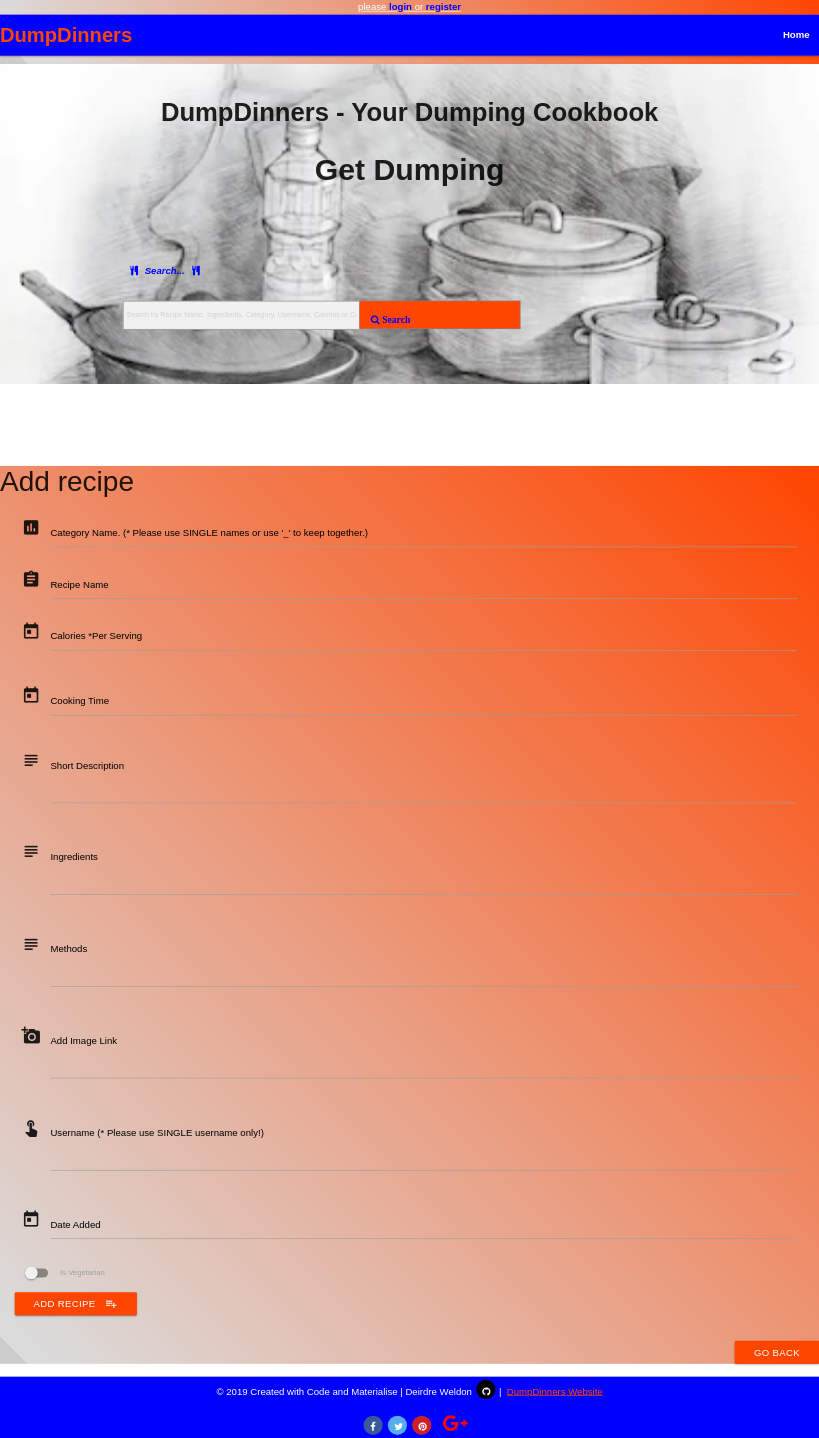
Repository: Deirdre18/dumpdinners-recipe-app
Page: http://localhost/add_recipe
The author's editor kept a record of every edit. The page is drawn from the files as they stood at one moment, then again after the next edit.
The browser window is 1280 px wide. The pictures show the whole page, at 64% of full size.
Some web libraries are served in a nearby version. The page is served by the project's application, run on Flask 3 (app.py). Queries for data that is not in the repository find no rows.

Above is the page before.

### templates/addrecipe.html
{% extends 'base.html' %} {% block content %}
<h3>Add recipe</h3>
<div class="row">
    <form action="{{ url_for('insert_recipe') }}" method="POST" class="col s12">
        <div class="col s12">
            <div class="row">
                <div class="input-field col s12">
                    <i class="material-icons prefix">poll</i>
                    <input id="category_name" name="category_name" type="text" class="validate">
                    <label for="icon_prefix" style="color:black">Category Name.  (* Please use SINGLE names or use '_' to keep together.)</label>
                </div>
            <!--</div>-->
            <div class="input-field col s12">
                <i class="material-icons prefix">assignment</i>
                <input id="recipe_name" name="recipe_name" type="text">
                <label for="icon_prefix" style="color:black">Recipe Name</label>
            </div>
        <!--</div>-->
        <div class="row">
            <div class="input-field col s12">
                <i class="material-icons prefix">today</i>
                <input id="calories" name="calories" type="text">
                <label for="icon_prefix" style="color:black">Calories *Per Serving</label>
            </div>
        </div>
        <div class="row">
            <div class="input-field col s12">
                <i class="material-icons prefix">today</i>
                <input id="cooking time" name="cooking time" type="text">
                <label for="icon_prefix" style="color:black">Cooking Time</label>
            </div>
        </div>
        <div class="row">
            <div class="input-field col s12">
                <i class="material-icons prefix">subject</i>
                <textarea name="short_description" id="short_description" class="materialize-textarea"></textarea>
                <label for="icon_prefix" style="color:black">Short Description</label>
            </div>
        </div>
        <div class="row">
            <div class="input-field col s12">
                <i class="material-icons prefix">subject</i>
                <textarea name="ingredients" id="ingredients" class="materialize-textarea"></textarea>
                <label for="icon_prefix" style="color:black">Ingredients</label>
            </div>
        </div>
        <div class="row">
            <div class="input-field col s12">
                <i class="material-icons prefix">subject</i>
                <textarea name="methods" id="methods" class="materialize-textarea"></textarea>
                <label for="icon_prefix" style="color:black">Methods</label>
            </div>
        </div>
        <div class="row">
            <div class="input-field col s12">
                <i class="material-icons prefix">add_a_photo</i>
                <textarea name="image" id="image" class="materialize-textarea"></textarea>
                <label for="icon_prefix" style="color:black">Add Image Link</label>
            </div>
        </div>
        <div class="row">
            <div class="input-field col s12">
                <i class="material-icons prefix">touch_app</i>
                <textarea name="username" id="username" class="materialize-textarea"></textarea>
                <label for="username" style="color:black">Username (* Please use SINGLE username only!)</label>
            </div>
        </div>
        <div class="row">
            <div class="input-field col s12">
                <i class="material-icons prefix">today</i>
                <input id="date_added" name="date_added" type="text" class="datepicker">
                <label for="icon_prefix" style="color:black">Date Added</label>
            </div>
        </div>

        <div class="row">
            <div class="switch">
                <label>
                  <input id="is_vegetarian" name="is_vegetarian" type="checkbox">
                  <span class="lever"></span>
                  Is Vegetarian
                </label>
            </div>
        </div>
        <div class="row">
            <button class="btn waves-effect waves-light" type="submit" style="background-color:orangered" name="action">Add recipe
                <i class="material-icons right">playlist_add</i>
             </button>
        </div>
        </div>
        </div>
    </form>
    <br>
    <button onclick="goBack()" class="waves-effect waves-light btn" style="background-color:orangered;float:right">Go Back</button></i>
</div>

{% endblock %}

### app.py
import os
import re
from flask import Flask, render_template, redirect, request, url_for, session, flash
import json
from flask_pymongo import PyMongo
import pymongo
from pymongo import MongoClient
from bson.objectid import ObjectId


from werkzeug.security import generate_password_hash, check_password_hash


app = Flask(__name__)

app.secret_key = "randomstring123"



if app.config['DEBUG'] == True:
    from config import dbconfig
    app.config["MONGO_DBNAME"] = 'dumpdinners'
    app.config["MONGO_URI"] = dbconfig()
else:
    app.config['MONGO_URI'] = os.environ.get("MONGO_URI")
    app.config['MONGO_DBNAME'] = os.environ.get("MONGO_DBNAME")

mongo = PyMongo(app)


@app.route('/')
@app.route('/index')
def index():
    """Home page the gets 4 recipes from DB that have been viewed the most"""
    four_recipes = mongo.db.recipes.find().limit(4)
    return render_template('allrecipes1.html', recipes=four_recipes)

@app.route('/allrecipes')
def allrecipes():
    recipes = mongo.db.recipes.find()
    return render_template('allrecipes.html', recipes=recipes)


# took idea of display only four recipes from student at code institute and looked at code to help - spence barriball - https://github.com/5pence/recipeGlut
@app.route('/allrecipes1')
def allrecipes1():
    recipes = mongo.db.recipes.find()
    four_recipes = mongo.db.recipes.find().limit(4)
    return render_template('allrecipes1.html', recipes=four_recipes)

@app.route('/add_recipe')
def add_recipe():
    recipes = mongo.db.recipes.find()
    return render_template('addrecipe.html',
        recipes=mongo.db.categories.find())



@app.route('/insert_recipe', methods=['POST'])
def insert_recipe():
    recipes = mongo.db.recipes
    recipes.insert_one(request.form.to_dict())
    flash ("Thank you, your recipe has been inserted!")
    return render_template('recipe.html', recipe=recipe)




@app.route('/edit_recipe/<recipe_id>', methods=['GET', 'POST'])
def edit_recipe(recipe_id):
    """Allows logged in user to edit their own recipes"""
    recipe_db = mongo.db.recipes.find_one_or_404({'_id': ObjectId(recipe_id)})
    all_categories =  mongo.db.categories.find()
    if request.method == 'GET':

        return render_template('editrecipe.html', recipe=recipe_db, categories=all_categories)


# referred to this article for advice on 'views' - https://stackoverflow.com/questions/5782311/mongodb-inc-embedded-value-syntax

@app.route('/update_recipe/<recipe_id>', methods=["POST"])
def update_recipe(recipe_id):
    recipes = mongo.db.recipes
    recipes.update( {'_id': ObjectId(recipe_id)},
    {
        '$set': {

        'recipe_name':request.form.get('recipe_name'),
        'ingredients':request.form.get('ingredients'),
        'image': request.form.get('image'),
        'category_name': request.form.get('category_name'),
        'username': request.form.get('username'),
        'methods': request.form.get('methods'),
        'short_description': request.form.get('short_description'),
        'date_added': request.form.get('date_added'),
        'is_vegetarian': request.form.get('is_vegetarian'),
        'views':1,
        'likes':1

        }
    })
    return redirect(url_for('allrecipes'))




@app.route('/delete_recipe/<recipe_id>')
def delete_recipe(recipe_id):
    mongo.db.recipes.remove({'_id': ObjectId(recipe_id)})
    return redirect(url_for('allrecipes'))

@app.route('/search')
def search():
    """Provides logic for search bar"""
    orig_query = request.args['query']
    # using regular expression setting option for any case
    query = {'$regex': re.compile('.*{}.*'.format(orig_query)), '$options': 'i'}
    # find instances of the entered word in title, tags or ingredients
    results = mongo.db.recipes.find({
        '$or': [
            {'recipe_name': query},
            {'ingredients': query},
            {'recipe_name': query},
            {'category_name': query},
            {'calories': query},
            {'cooking_time': query}
        ]
    })
    return render_template('search.html', query=orig_query, results=results)


@app.route('/recipe/<recipe_id>')
def recipe(recipe_id):

    """Shows full recipe and increments view"""
    mongo.db.recipes.find_one_and_update(
        {'_id': ObjectId(recipe_id)},
        { '$inc': { 'views': 1}}



    )
    recipe_db = mongo.db.recipes.find_one_or_404({'_id': ObjectId(recipe_id)})
    return render_template('recipe.html', recipe=recipe_db)

# routing for likes

@app.route('/likes/<recipe_id>')
def likes(recipe_id):

    """Shows full recipe and increments view"""
    mongo.db.recipes.find_one_and_update(
        {'_id': ObjectId(recipe_id)},
        { '$inc': { 'likes': 1}}



    )
    recipe_db = mongo.db.recipes.find_one_or_404({'_id': ObjectId(recipe_id)})
    return redirect(url_for('allrecipes1'))

#Copied routing for login from Deborah Thompson, student at Code Institute for login routing - #https://github.com/debbiect246/recipe-app#


@app.route('/login', methods=["GET","POST"])
def login():
    if request.method == 'POST':
        login_user = mongo.db.register.find_one({'username': request.form['username']})
        form = request.form
        if login_user:
            if(form["password"] == login_user["password"]): # if password correct
                session['username'] = login_user["username"]
                return redirect(url_for('allrecipes',register_id = login_user["_id"]))
            else: # and if password is not correct
               flash("Incorrect password, please try again or register")
        else:# if user does not exist
            flash("User does not exist")
            return redirect(url_for('register'))
    return render_template('login.html')


#Copied routing for register from Deborah Thompson, student at Code Institute for login routing - #https://github.com/debbiect246/recipe-app#

@app.route('/register', methods=['POST','GET'])
def register():
    if request.method == 'POST':
        register = mongo.db.register
        register_id = register.insert_one(request.form.to_dict())
        # print(register)
        object_id = register_id.inserted_id
        flash("Thank you for registering, please login to view more recipes and add your own!")
        return redirect(url_for('login'))
    return render_template('register.html')




#Copied routing for allrecipeslist from Deborah Thompson, student at Code Institute for login routing - #https://github.com/debbiect246/recipe-app#


@app.route('/logout')
def logout():
    """Clears session and redirects to home"""

    session.clear()
    flash ("Thank you, hope to see you again soon!")
    return redirect(url_for('login'))




if __name__ == '__main__':
    app.run(host=os.environ.get('IP'),
        port=int(os.environ.get('PORT')))

### static/styles.css
/*please note there maybe some code here that was not used in this project, as I initially added some code, that changed later but most of the code in this stylesheet does refer to the DumpDinners project. */

/*please note also I have put a lot of styling in base.html. Due to CSS rules for precedence, puting code under <style> tags in base.html was the most approrpriate place rather than in this stylesheet. */

.card-body {
    width: 75%;
    margin-left: 0;
    left: auto;
    right: auto;
    white-space: pre-wrap;
}

#search [type="search"] [name="query"] {
    height: 30px;
    width: 50px;
}


h3 {
    margin-top: 10%
}

.main {
    margin-top: 20px;
}

.card-image {
    width: 25%;
}

h5 .lead-search {
    margin-bottom: 0
}

p .heading {
    margin-top: 30%;
}


.card-image {
    white-space: pre-wrap;
    margin-bottom: -80px;
}


h1 {
    text-align: center;
    margin-top: 20px;

}

p {
    margin-top: 20%;
}

.nav-wrapper {
    background-color: blue;
}

.brand-logo {
    text-align: left;
}

.btn_small {
    height: 24px;
    width: 60px;
    line-height: 24px;
    margin: 5px 5px;
    padding: 0 0.5em;
}

Loaded but not shown: static/social-share-kit.css (1018 lines, source omitted); templates/base.html (309 lines, source omitted)

After the next edit:
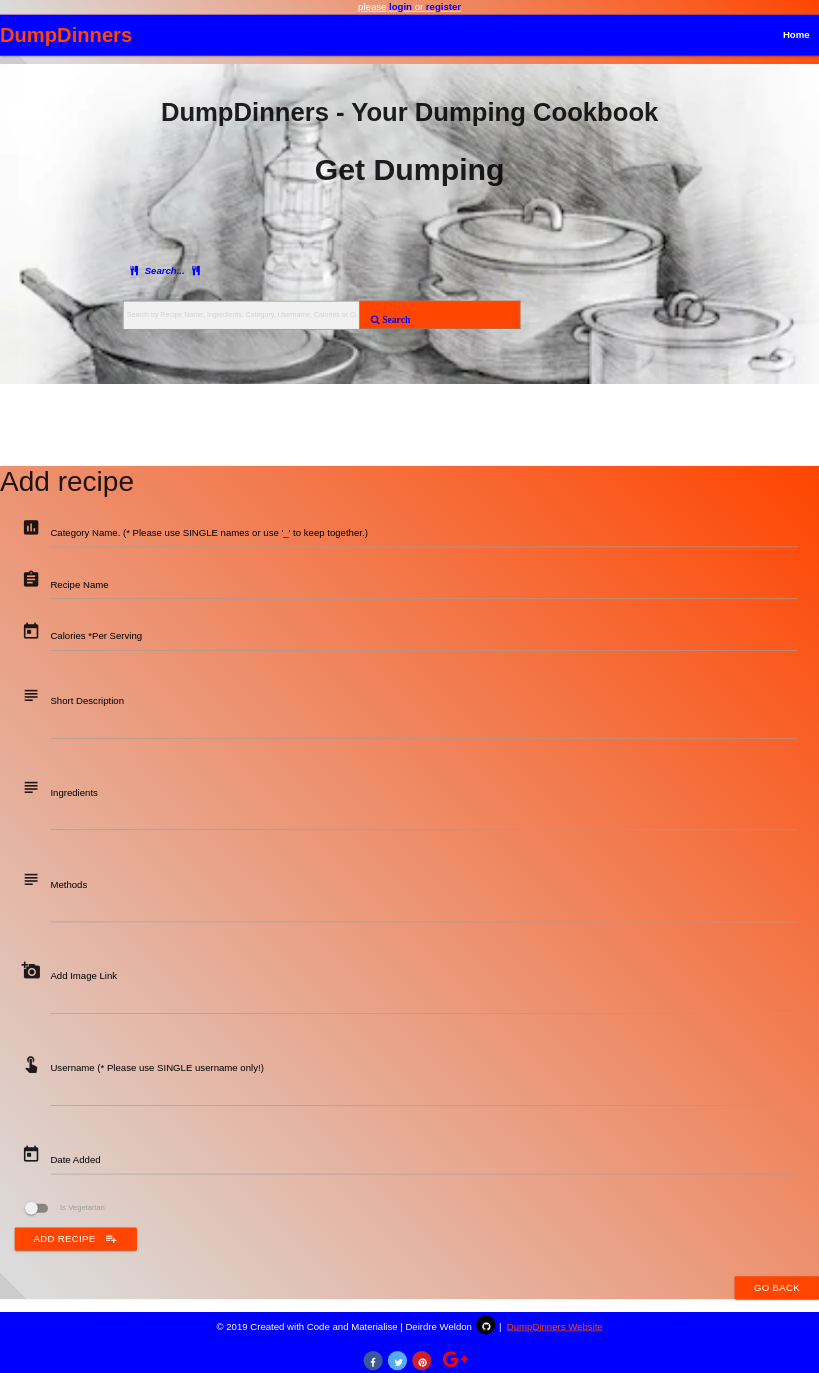
The edit:
--- a/templates/addrecipe.html
+++ b/templates/addrecipe.html
@@ -21,13 +21,6 @@
                 <i class="material-icons prefix">today</i>
                 <input id="calories" name="calories" type="text">
                 <label for="icon_prefix" style="color:black">Calories *Per Serving</label>
-            </div>
-        </div>
-        <div class="row">
-            <div class="input-field col s12">
-                <i class="material-icons prefix">today</i>
-                <input id="cooking time" name="cooking time" type="text">
-                <label for="icon_prefix" style="color:black">Cooking Time</label>
             </div>
         </div>
         <div class="row">
